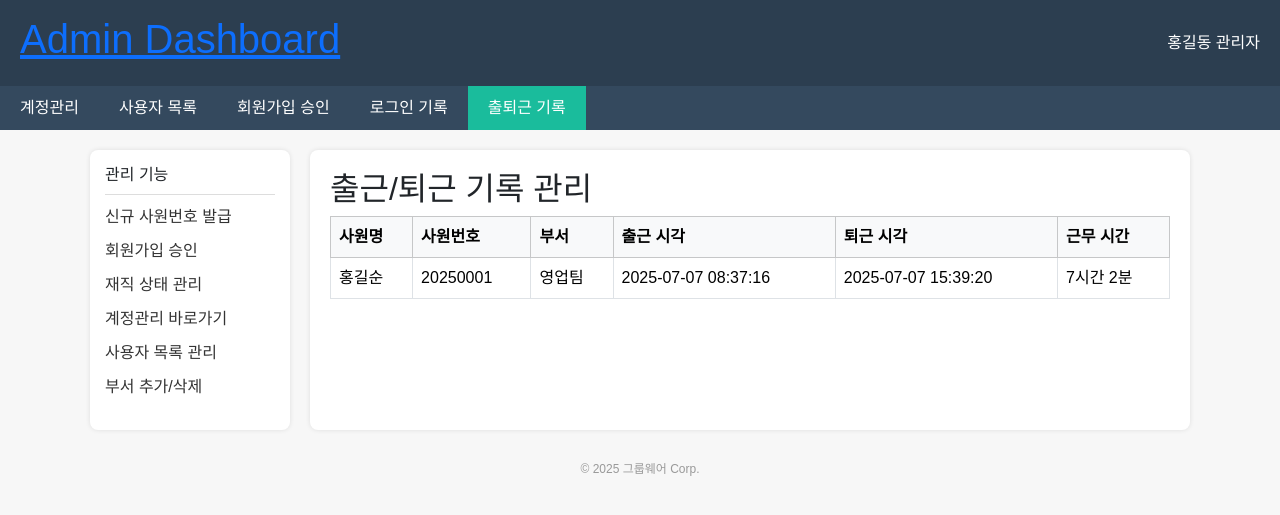
Repository: hyunbin7664/web-java-workspace
Page: groupware/src/main/webapp/admin_attendance_log.html
The author's editor kept a copy of each file at every save. The page is drawn from the files as they stood at one save, then again after the next save.
The browser window is 1280 px wide. The pictures show the whole page.

Above is the page before, as saved 2025-07-07 08:14:59.

After the next save:
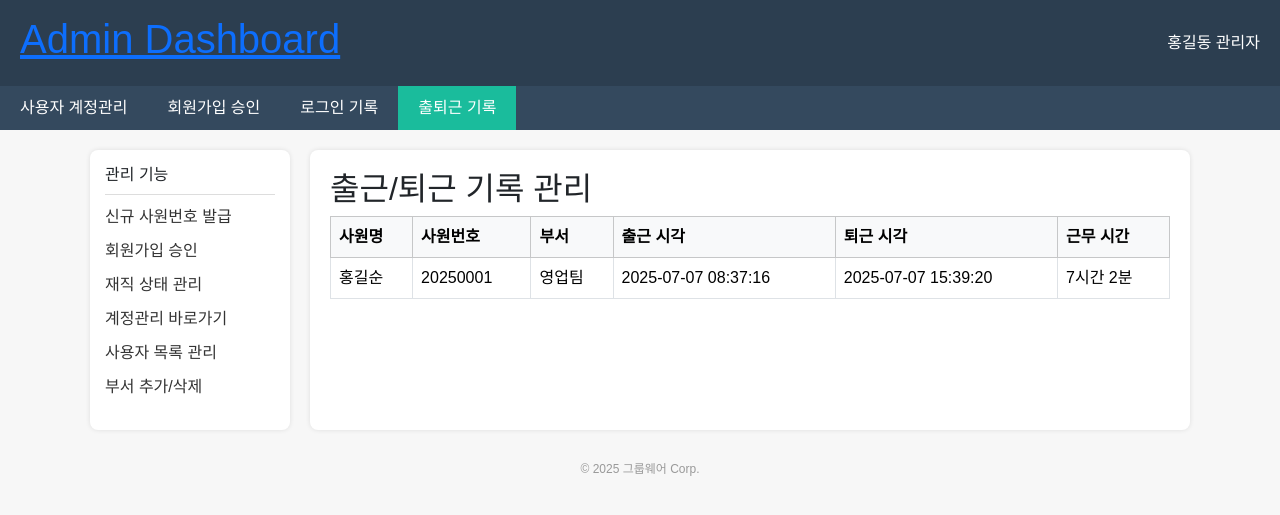
Saved 37 s later.
--- a/groupware/src/main/webapp/admin_attendance_log.html
+++ b/groupware/src/main/webapp/admin_attendance_log.html
@@ -101,8 +101,7 @@ footer {
 		<div>홍길동 관리자</div>
 	</header>
 	<nav>
-		<a href="user_list.html">계정관리</a>
-		<a href="user_list.html">사용자 목록</a>
+		<a href="user_list.html">사용자 계정관리</a>
 		<a href="employee_approval.html">회원가입 승인</a>
 		<a href="login_log.html">로그인 기록</a>
 		<a href="attendance_log.html" class="active">출퇴근 기록</a>
